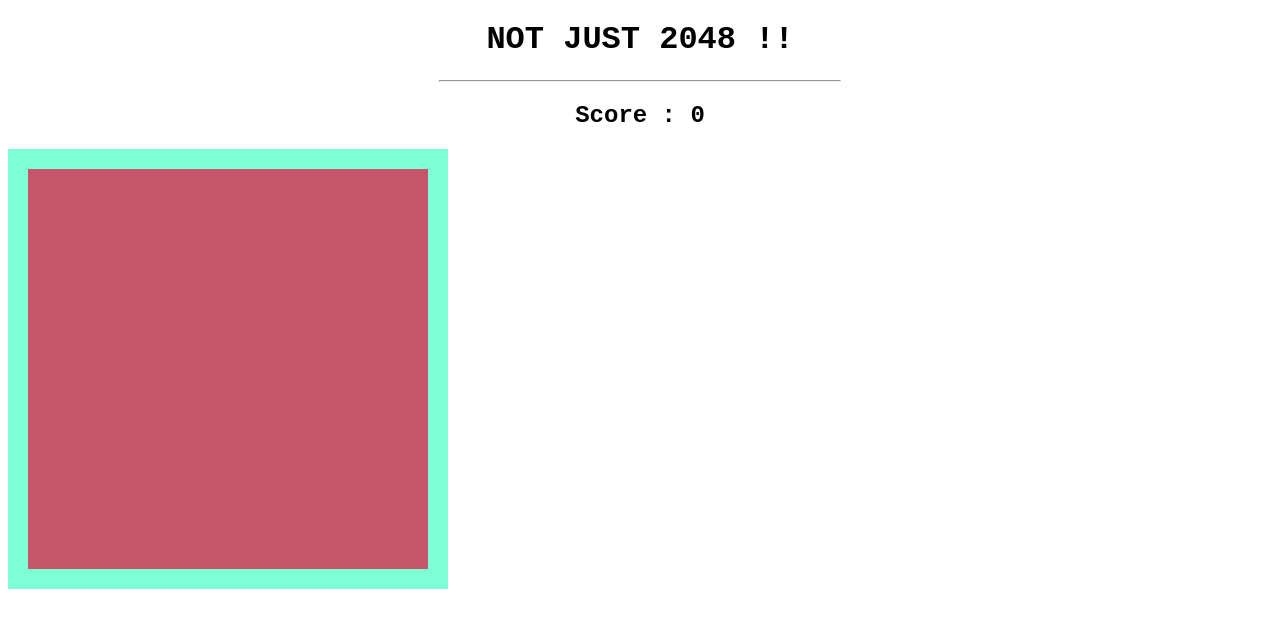
Repository: Prathamyadav1123/2048Game
Page: NotJust2048-main/2048.html
These files come from the project's save history. The page is drawn as it stood at one moment and after the next save; the edit follows.
The browser window is 1280 px wide. The pictures show the whole page.

Above is the page before, as saved 2023-05-31 19:41:57.

After the next save:
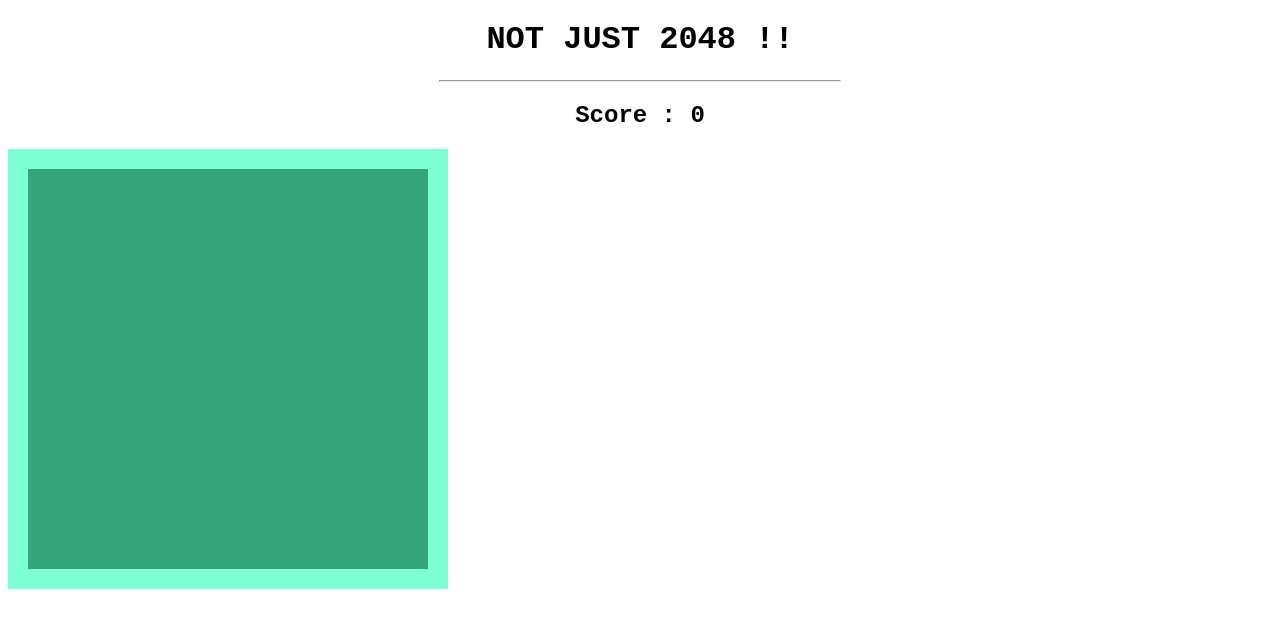
Saved 12 s later.
--- a/NotJust2048-main/2048.css
+++ b/NotJust2048-main/2048.css
@@ -9,6 +9,6 @@ hr{
     width: 400px;
     height: 400px;
     color: burlywood;
-    background-color: rgb(199, 86, 109);
+    background-color: rgb(52, 165, 120);
     border: 20px solid aquamarine;
 }
